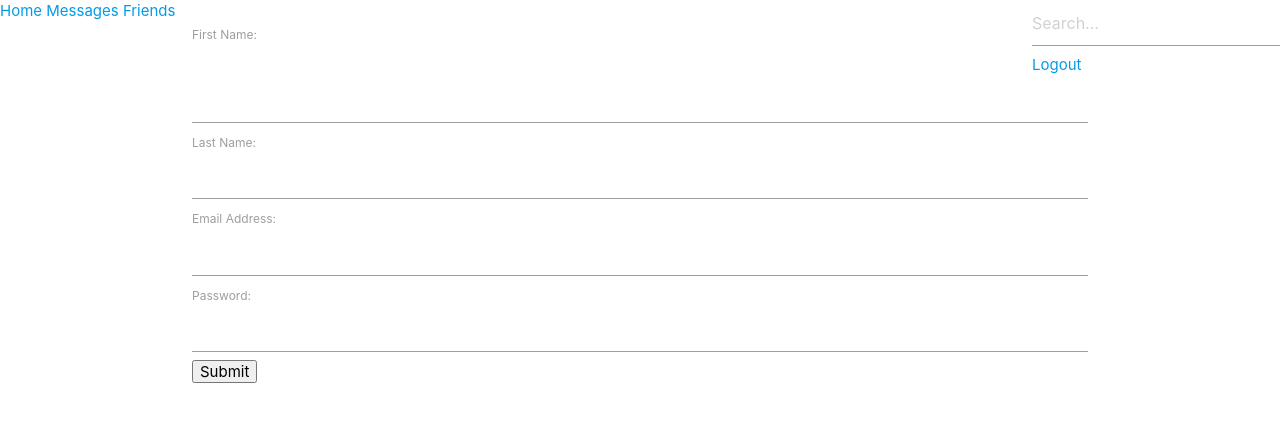
Repository: lamilekan263/contactKeep
Page: index.html
The author's editor kept a copy of each file at every save. The page is drawn from the files as they stood at one save, then again after the next save.
The browser window is 1280 px wide. The pictures show the whole page.

Above is the page before, as saved 2020-09-12 08:34:50.

After the next save:
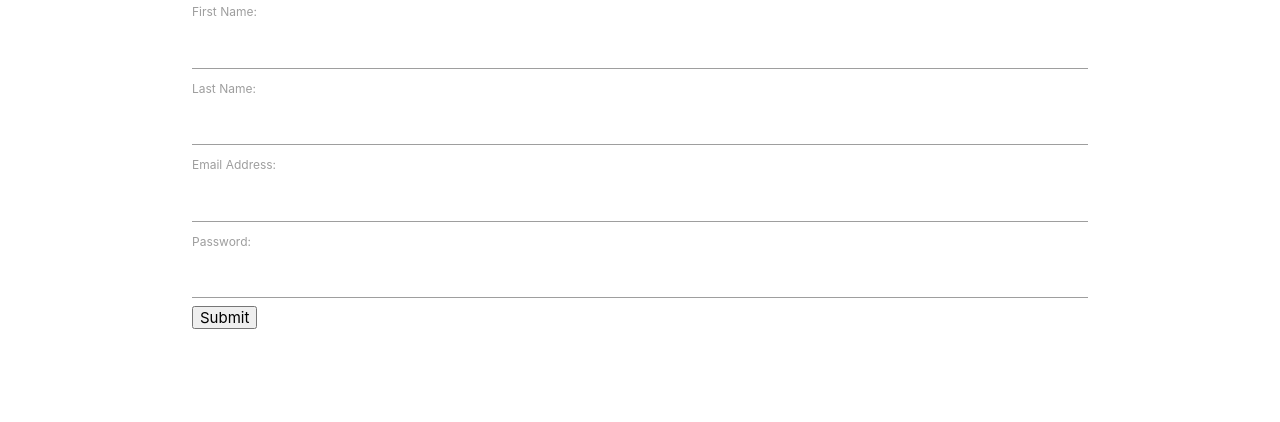
Saved 109 s later.
--- a/index.html
+++ b/index.html
@@ -8,28 +8,7 @@
 </head>
 <body>
 
-    <div class="ui secondary  menu">
-        <a class="active item">
-          Home
-        </a>
-        <a class="item">
-          Messages
-        </a>
-        <a class="item">
-          Friends
-        </a>
-        <div class="right menu">
-          <div class="item">
-            <div class="ui icon input">
-              <input type="text" placeholder="Search...">
-              <i class="search link icon"></i>
-            </div>
-          </div>
-          <a class="ui item">
-            Logout
-          </a>
-        </div>
-      </div>
+
     <div class="container">
         <form id="form-given">
             <div>
